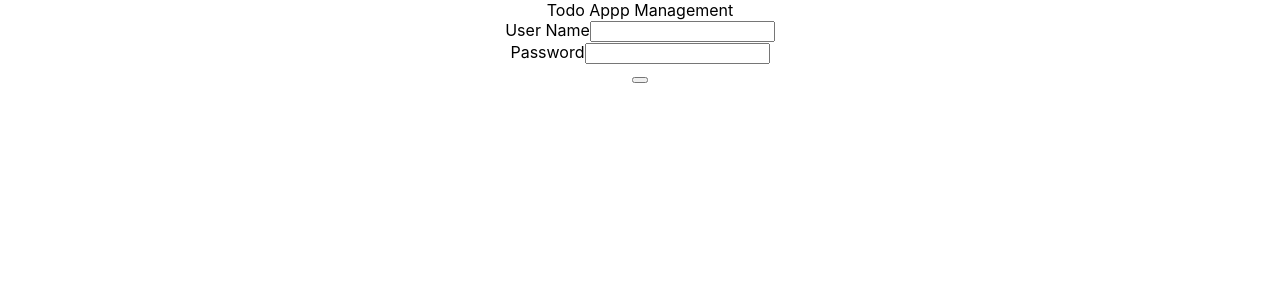
Repository: alexveremis/ReactWithRestAPI
Page: /todos
The author's editor kept a copy of each file at every save. The page is drawn from the files as they stood at one save, then again after the next save.
The browser window is 1280 px wide. The pictures show the whole page.
The project was rebuilt for these pictures with package versions that can differ from the ones it lists, and the page was loaded fresh each time.

Above is the page before, as saved 2023-11-20 15:02:13.

After the next save:
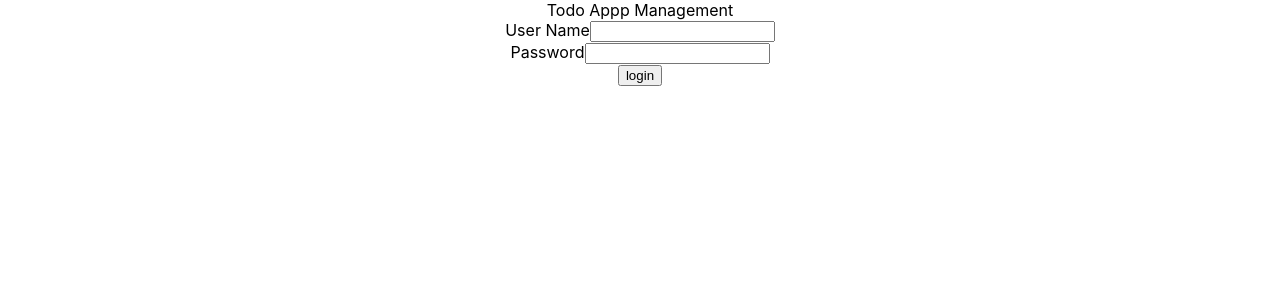
Saved 39 s later.
--- a/src/components/todo/TodoApp.jsx
+++ b/src/components/todo/TodoApp.jsx
@@ -22,7 +22,7 @@ function LoginComponent(){
                     <input type="password" name="password" />
                 </div>
                 <div>
-                    <button type="button" name="login"/>
+                    <button type="button" name="login">login</button>
                 </div>
             </div>
         </div>
